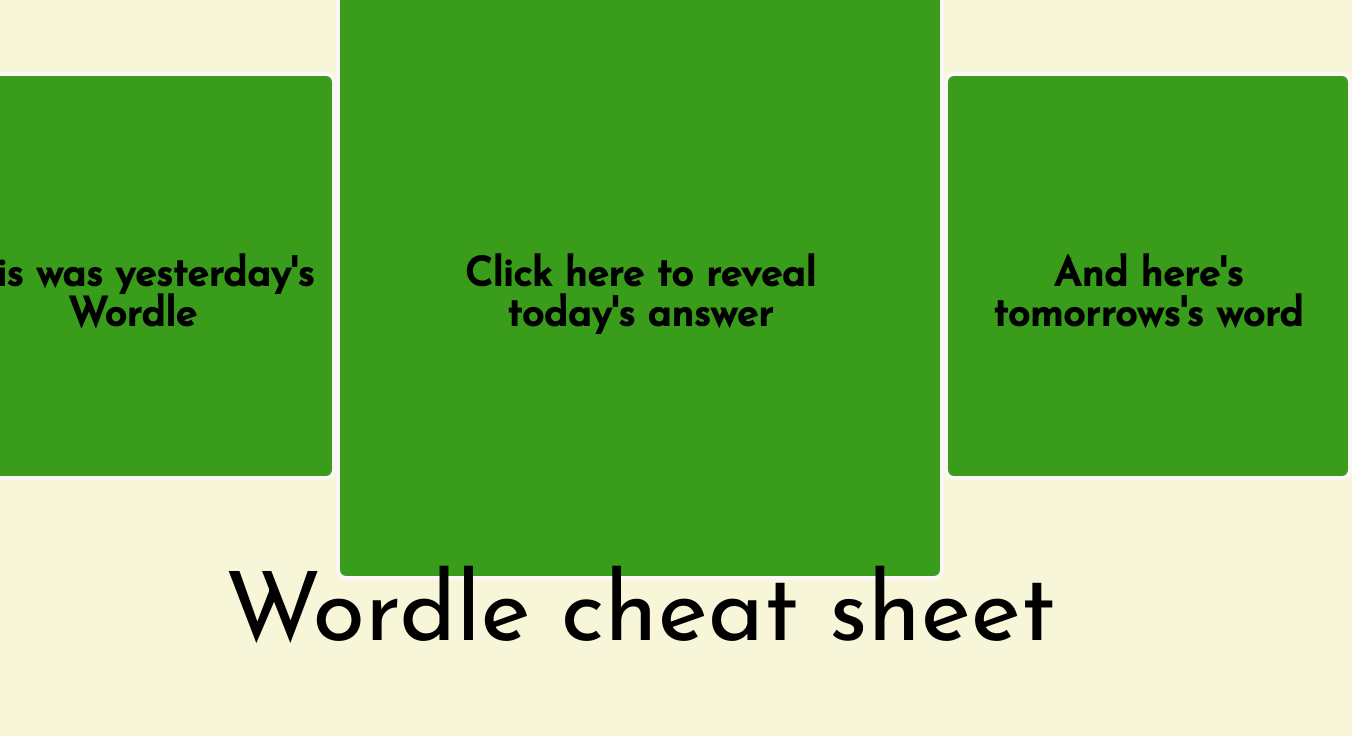
Repository: enoripl/tomorrows-wordle
Page: index.html
An editor plug-in stored every save of this project. The page is shown before and after the next save, followed by the edit.
The browser window is 1280 px wide. The page is 1352 px wide, so the pictures cover 1352 px, including what lies to the right of the window. The pictures show the whole page.

Above is the page before, as saved 2022-02-09 19:13:34.

After the next save:
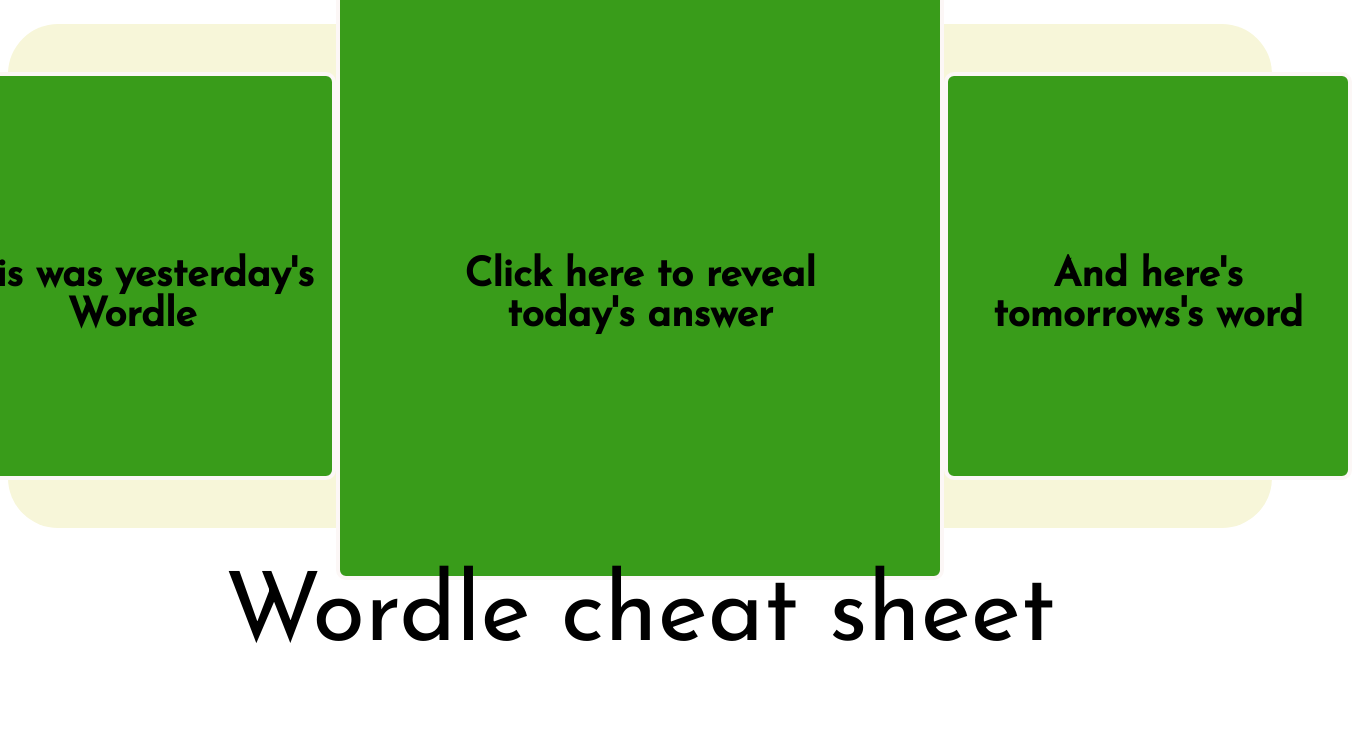
Saved 37 s later.
--- a/styles.css
+++ b/styles.css
@@ -3,8 +3,6 @@
 body {
   height: 100vh;
   font-family: "Josefin Sans", sans-serif;
-  background-color: rgb(247, 246, 217);
-  border-radius: 50px;
   white-space: pre-line;
 }
 
@@ -15,6 +13,8 @@
   display: flex;
   justify-content: center;
   align-items: center;
+  background-color: rgb(247, 246, 217);
+    border-radius: 50px;
 }
 
 .buttons-group {
